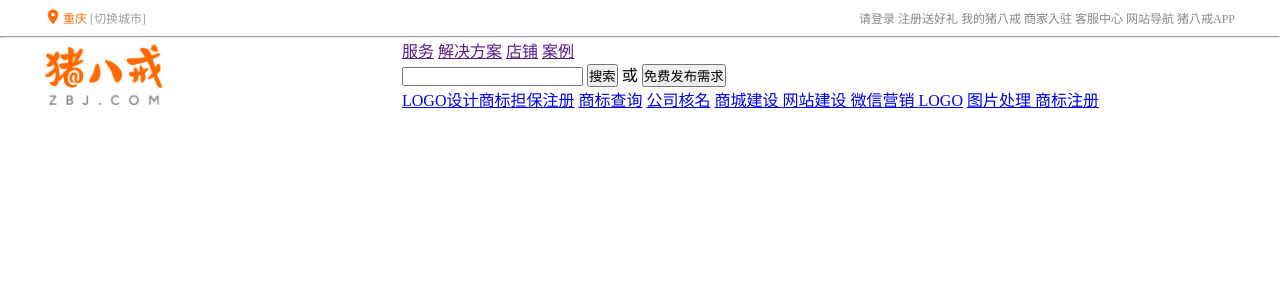
Repository: 13982720426/zbj
Page: HTML/index.html
An editor plug-in stored every save of this project. The page is shown before and after the next save, followed by the edit.
The browser window is 1280 px wide. The pictures show the whole page.

Above is the page before, as saved 2021-07-15 14:44:07.

After the next save:
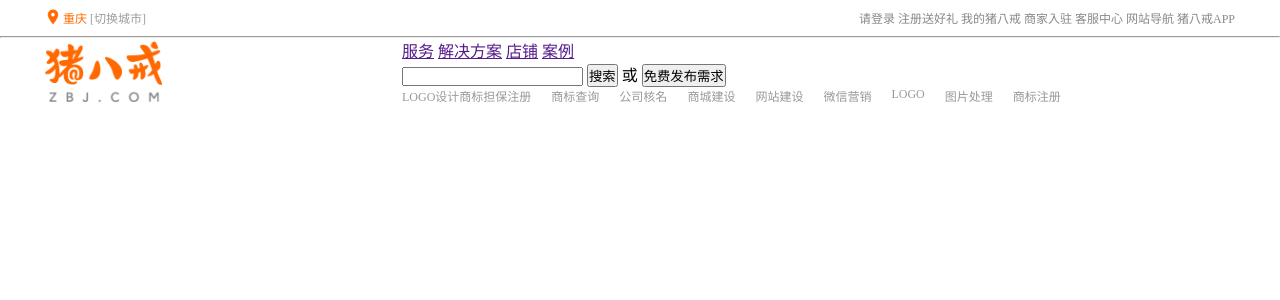
Saved 27 s later.
--- a/HTML/css/index.css
+++ b/HTML/css/index.css
@@ -54,7 +54,7 @@
   margin: 0;
   display: inline;
 }
-.header-bd-wrap-nva a {
+.header-bd-wrap-nav a {
   text-decoration: none; /* 去除默认的下划线 */
   outline: none; /* 去除旧版浏览器的点击后的外虚线框 */
   margin-right: 20px;
